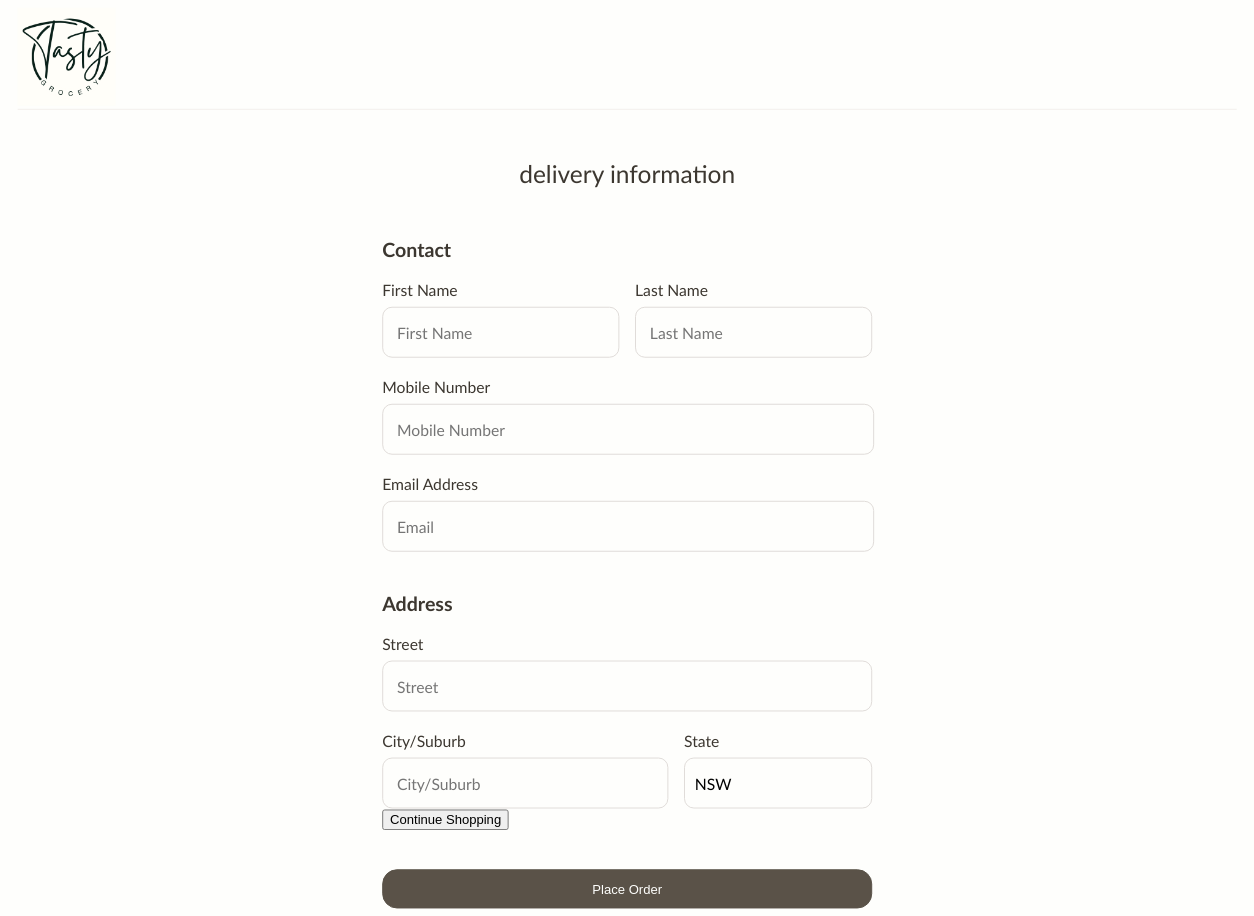
Repository: hxycindyhxy/TastyGrocery
Page: http://localhost/delivery.php
The author's editor kept a record of every edit. The page is drawn from the files as they stood at one moment, then again after the next edit.
The browser window is 1280 px wide. The pictures show the whole page, at 98% of full size.
The page is run by PHP 8.4 with error messages shown; the project is at /var/www/html/.

Above is the page before.
Console error: SyntaxError: missing ) after argument list

After the next edit:
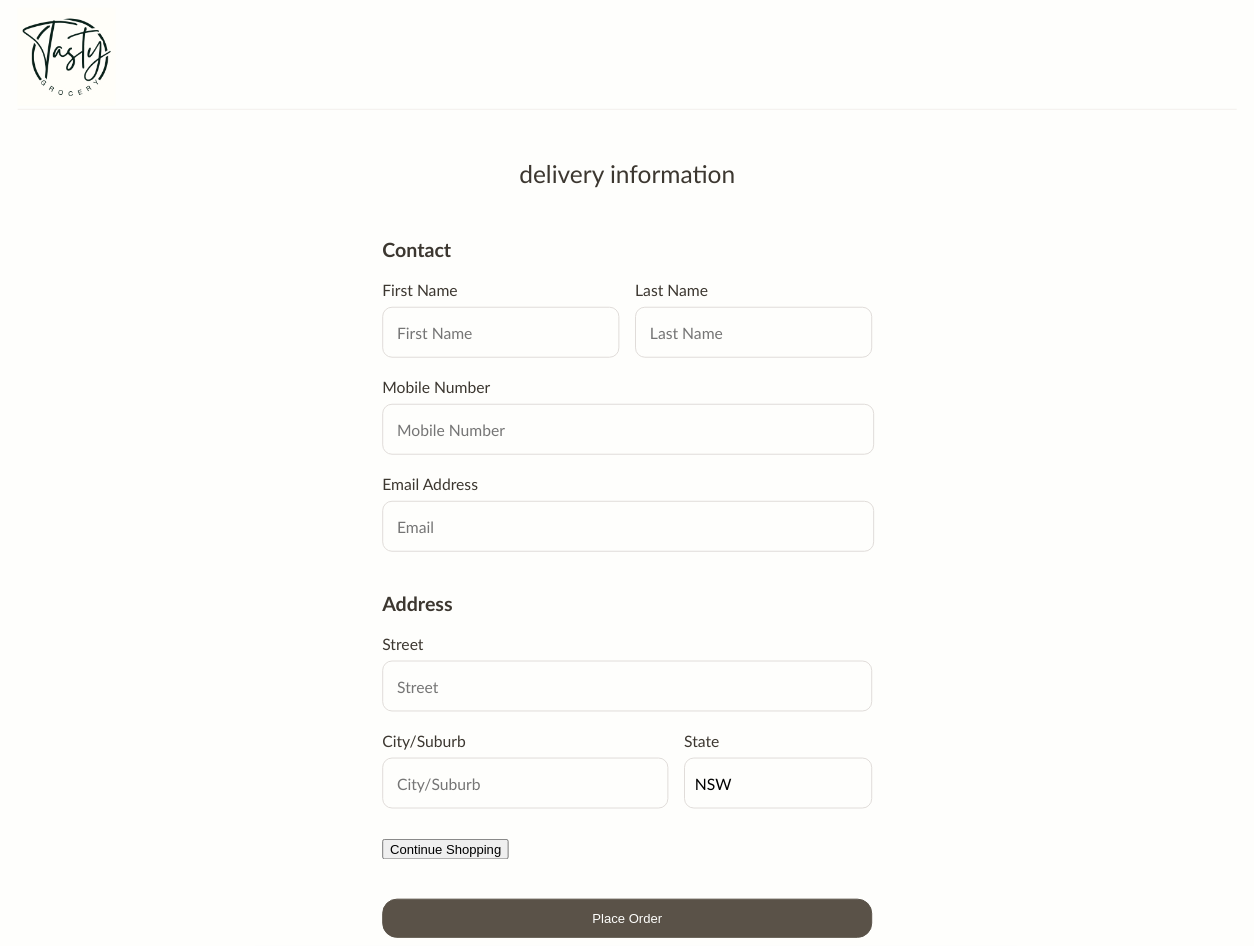
The edit:
--- a/style.css
+++ b/style.css
@@ -589,6 +589,13 @@
   margin-top: 3px;
 }
 
+#validation {
+  justify-content: center;
+  text-align: center;
+  margin-top: 30px;
+  color: red;
+}
+
 /* confirmation page */
 .confirmation-img-container {
   display: flex;
